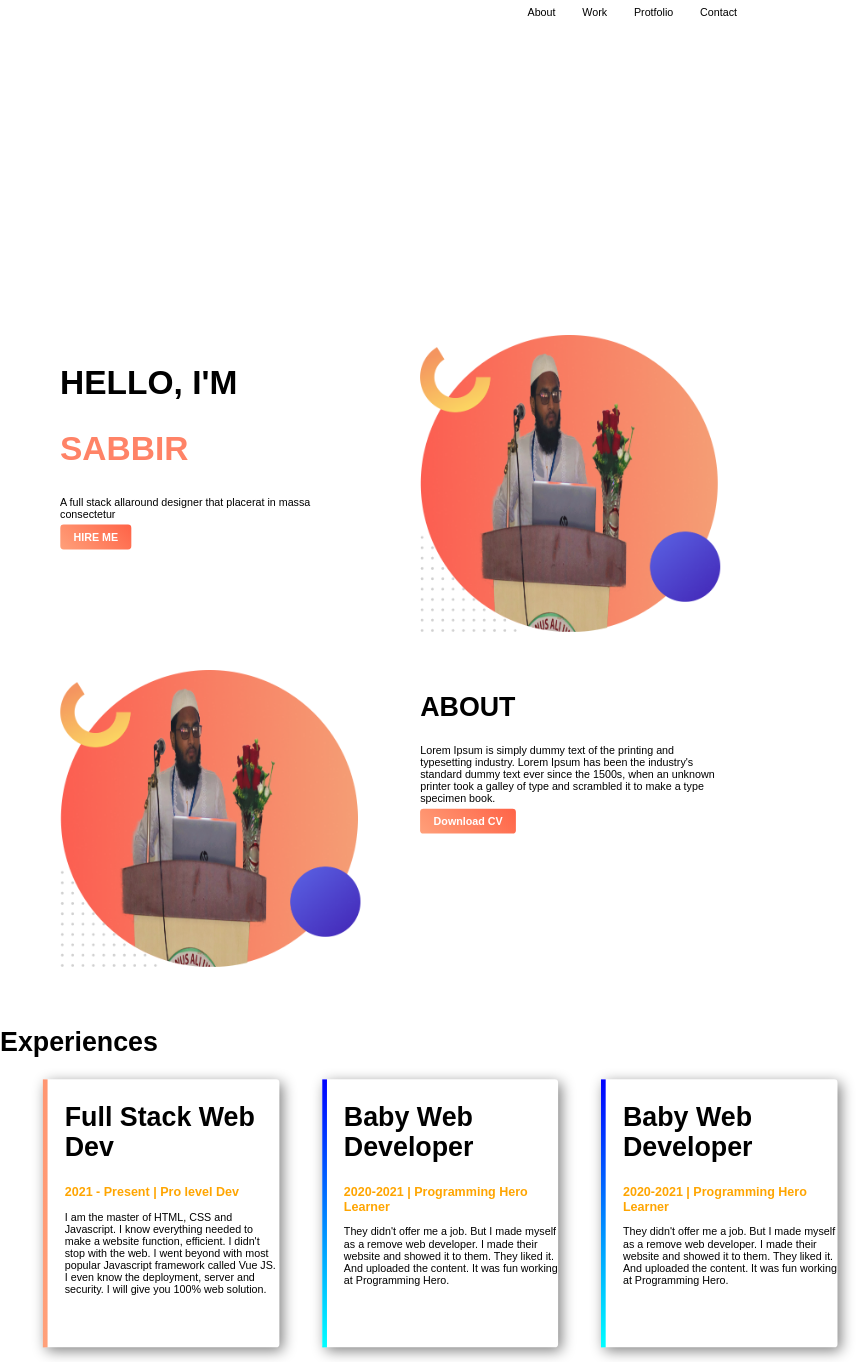
Repository: sabbircse3/personal-website
Page: index.html
These files come from the project's save history. The page is drawn as it stood at one moment and after the next save; the edit follows.
The browser window is 1280 px wide. The pictures show the whole page, at 67% of full size.

Above is the page before, as saved 2021-01-06 00:17:19.

### index.html
<!DOCTYPE html>
<html lang="en">
<head>
    <title>personal-website</title>
    <link rel="preconnect" href="https://fonts.gstatic.com">
    <link href="https://fonts.googleapis.com/css2?family=Montserrat&display=swap" rel="stylesheet">
    <link rel="stylesheet" href="style.css">
</head>
<body>

    <section>
        <div>
            <ul id="menu">
                <li><a href="#">Contact</a></li>
                <li><a href="#">Protfolio</a></li>
                <li><a href="#">Work</a></li>
                <li><a href="#">About</a></li>
            </ul>
        </div>
    </section>

    <section class="top-banner">
        <div class="half-width">
            <h1>HELLO, I'M</h1>
            <h1> <span class="name-highlight">SABBIR</span></h1>
            <p>A full stack allaround designer that placerat in massa consectetur</p>
            <a class="link-button" target="_blank" href="https://www.linkedin.com/company/programminghero/">HIRE ME</a>
        </div>

        <div class="half-width">
            <img src="images/sabbir1.png" alt="">
        </div>
    </section>

    <section class="about">
        <div class="half-width">
            <img src="images/sabbir1.png" alt="">
        </div>

        <div class="half-width">
            <h2> ABOUT</h2>
            <p>Lorem Ipsum is simply dummy text of the printing and typesetting industry. Lorem Ipsum has been the industry's standard dummy text ever since the 1500s, when an unknown printer took a galley of type and scrambled it to make a type specimen book.</p>
            <a class="link-button" target="_blank" href="https://www.linkedin.com/company/programminghero/">Download CV</a>
        </div>

    </section>

    <section class="experience-area">
        <h2>Experiences</h2>
        <div id="full-stack" class="half-width single-experience">
            <h2>Full Stack Web Dev</h2>
            <h3 class="orange-highlight">2021 - Present | Pro level Dev</h3>
            <p>I am the master of HTML, CSS and Javascript. I know everything needed to make a website function, efficient. I didn't stop with the web. I went beyond with most popular Javascript framework called Vue JS. I even know the deployment, server and security. I will give you 100% web solution.</p>

        </div>

        <div id="baby-web" class="half-width single-experience">
            <h2>Baby Web Developer</h2>
            <h3 class="orange-highlight">2020-2021 | Programming Hero Learner</h3>
            <p>They didn't offer me a job. But I made myself as a remove web developer. I made their website and showed it to them. They liked it. And uploaded the content. It was fun working at Programming Hero.</p>

        </div>

        <div id="baby-web" class="half-width single-experience">
            <h2>Baby Web Developer</h2>
            <h3 class="orange-highlight">2020-2021 | Programming Hero Learner</h3>
            <p>They didn't offer me a job. But I made myself as a remove web developer. I made their website and showed it to them. They liked it. And uploaded the content. It was fun working at Programming Hero.</p>

        </div>



    </section>

</body>
</html>

### style.css
body{
    font-family: sans-serif;
    margin: 0px;
}
#menu{
	padding:0;
	list-style-type:none;
	width:960px;
	margin:0 auto;
}
#menu li{
	float:right;
}
#menu li a{
	color:black;
	text-decoration:none;
	padding:10px 20px;
	display:block;
}

h1{
    font-size: 50px;
}
h2{
    font-size: 40px;
}
.name-highlight{
    color: #FF8367;
}
.half-width{
    width: 35%;
    float: left;
    margin-left: 5%;
    padding-left: 2%;
}
.half-width img{
    width: 100%;
}

section{
    height: 500px;
}
.link-button{
    text-decoration: none;
    background-image: linear-gradient(45deg, lightSalmon, tomato);
    padding: 10px 20px;
    border-radius: 5px;
    color: white;
    font-weight: 700;
}
.experience-area{
    background-image: #E5E5E5
    background-repeat: no-repeat;
    background-position: left;
}
.orange-highlight{
    color: orange;
}
.single-experience{
    box-shadow: 5px 5px 20px gray;
    border-radius: 5px;
	height: 80%;
	width: 25%;
}
#full-stack{
    border-left: 7px solid;
    border-image: linear-gradient(80deg, lightSalmon, tomato);
    border-image-slice: 1;
    background-color: white;
}
#baby-web{
    border-left: 7px solid;
    border-image: linear-gradient(180deg, blue, cyan);
    border-image-slice: 1;
}
footer p{
    text-align: center;
    font-size: 12px;
}

After the next save:
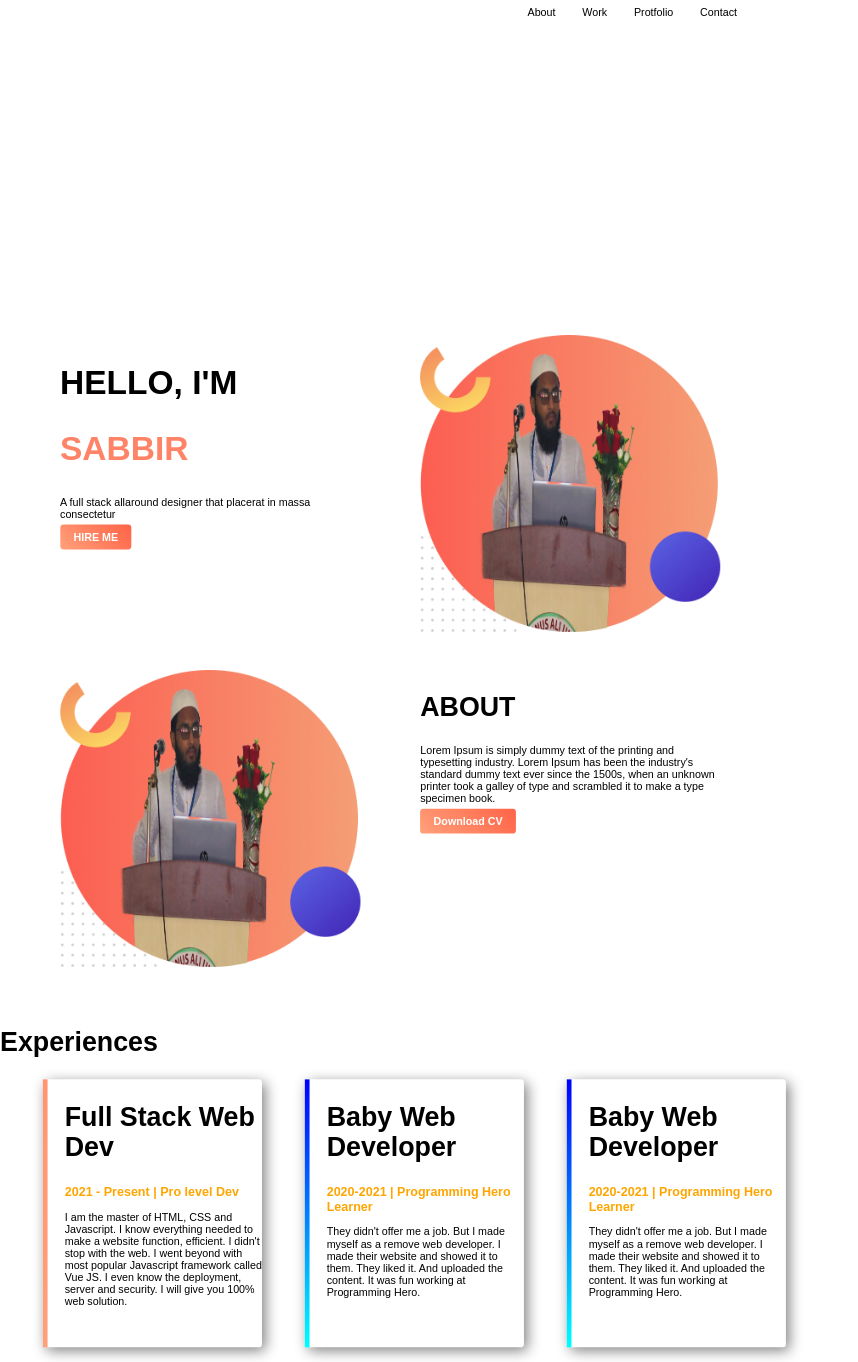
Saved 23 s later.
--- a/style.css
+++ b/style.css
@@ -60,7 +60,7 @@ section{
     box-shadow: 5px 5px 20px gray;
     border-radius: 5px;
 	height: 80%;
-	width: 25%;
+	width: 23%;
 }
 #full-stack{
     border-left: 7px solid;
